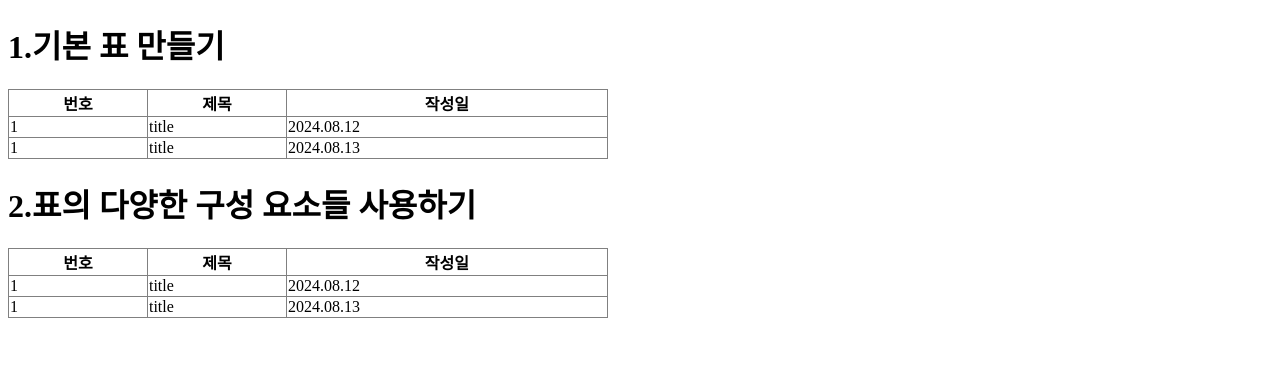
Repository: Junvelop/hkdevelope
Page: Downloads/back_end_edu20240624-master (1)/front_end_20240627/src/main/webapp/html05_표만들기.html
An editor plug-in stored every save of this project. The page is shown before and after the next save, followed by the edit.
The browser window is 1280 px wide. The pictures show the whole page.

Above is the page before, as saved 2024-08-12 06:44:31.

After the next save:
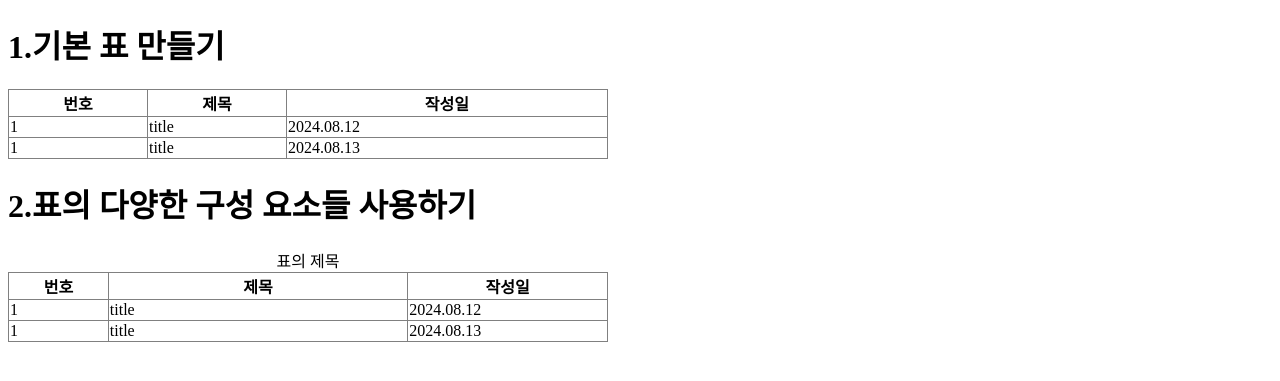
Saved 2 min 2 s later.
--- a/Downloads/back_end_edu20240624-master (1)/front_end_20240627/src/main/webapp/html05_표만들기.html
+++ b/Downloads/back_end_edu20240624-master (1)/front_end_20240627/src/main/webapp/html05_표만들기.html
@@ -21,6 +21,8 @@
 
 <h1>2.표의 다양한 구성 요소들 사용하기</h1>
 	<table border = "1" class = "tb">
+		<caption>표의 제목 </caption>
+		<col width = "100px"/> <col width = "300px"/> <col width = "200px"/>
 		<tr>    <th>번호</th>   <th>제목</th>    <th>작성일</th>    </tr>
 		<tr>    <td>1</td>   <td>title</td>    <td>2024.08.12</td>    </tr>
 		<tr>    <td>1</td>   <td>title</td>    <td>2024.08.13</td>    </tr>
